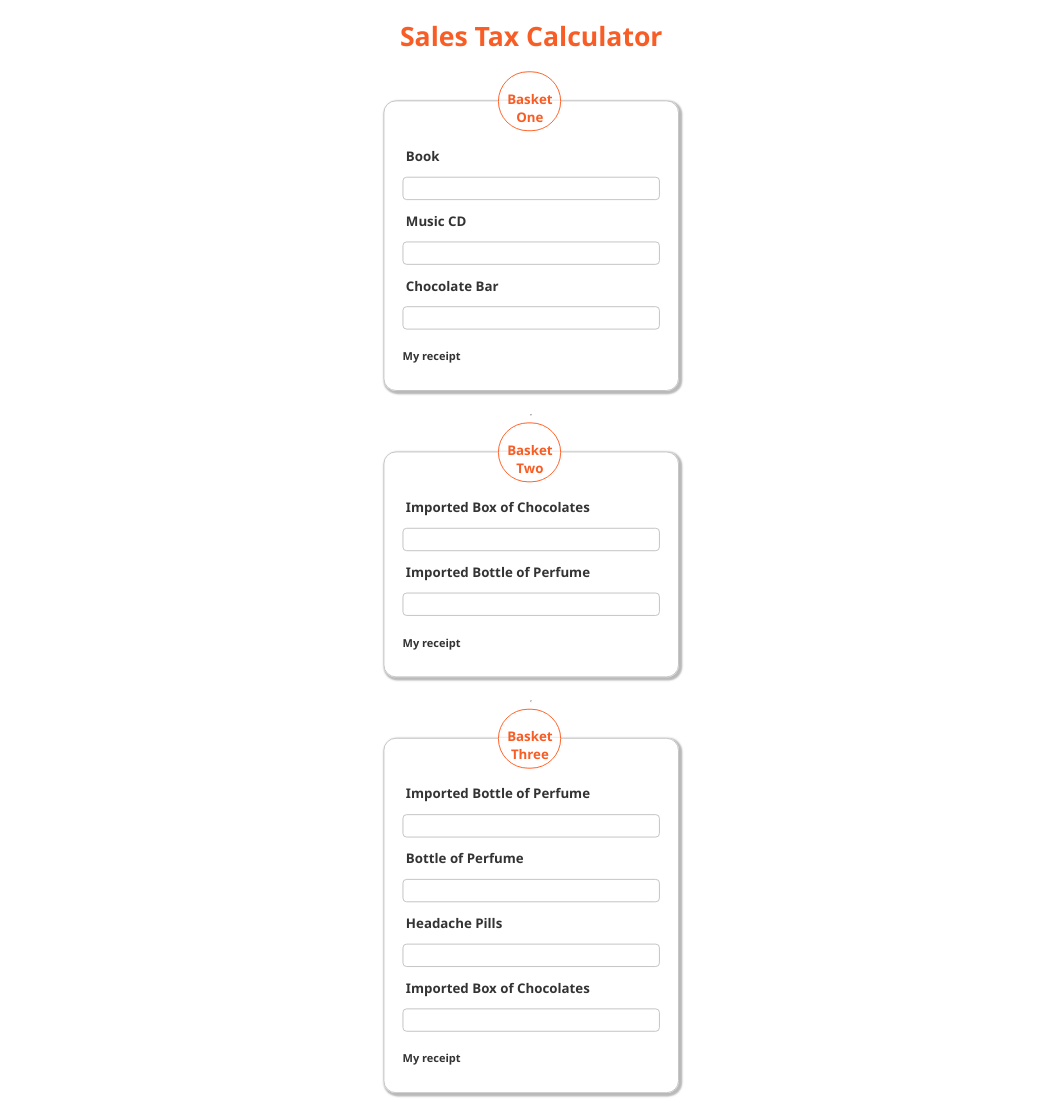
Repository: duzzisantos/sales-tax
Page: index.html
An editor plug-in stored every save of this project. The page is shown before and after the next save, followed by the edit.
The browser window is 1280 px wide. The pictures show the whole page, at 83% of full size.

Above is the page before, as saved 2022-05-25 23:57:22.

After the next save:
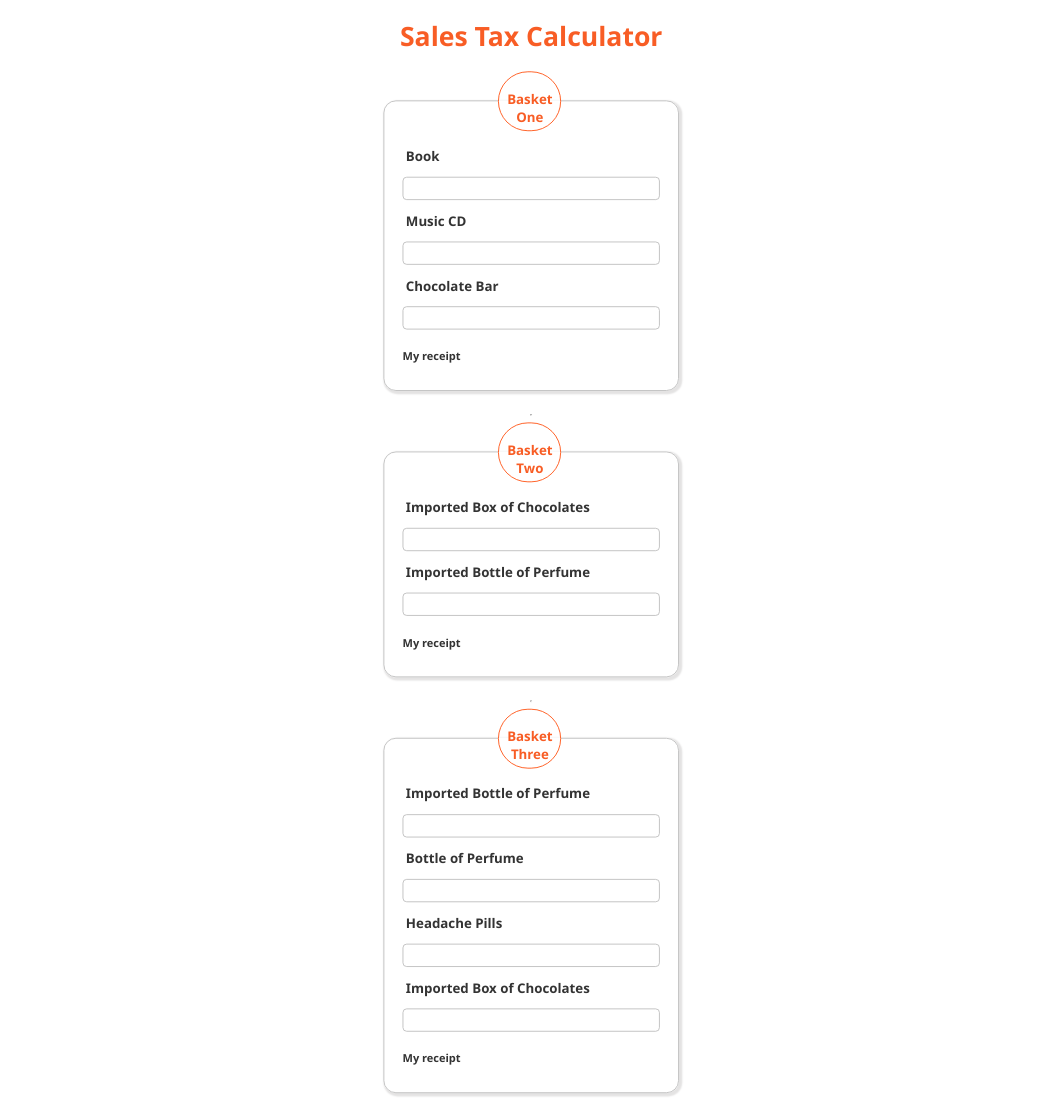
Saved 21 s later.
--- a/style.css
+++ b/style.css
@@ -17,7 +17,7 @@
     border: 1px solid rgb(185, 185, 185);
     border-radius: 15px;
     margin-bottom: 20px;
-    box-shadow: 2px 2px 2px 2px rgb(185, 185, 185);
+    box-shadow: 2px 2px 2px 2px rgb(228, 227, 227);
 }
 
 legend{

After the save that followed:
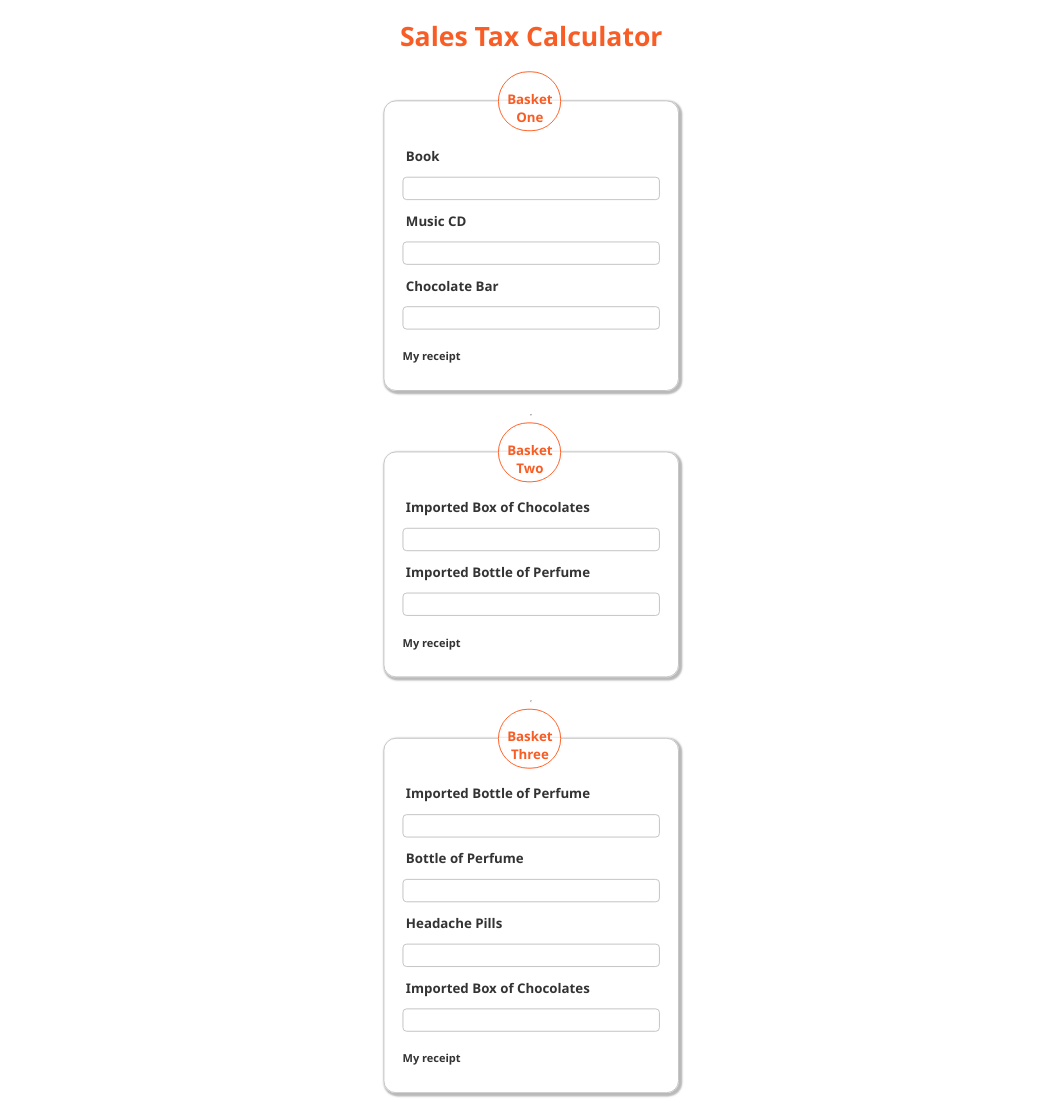
Saved 26 s later.
--- a/style.css
+++ b/style.css
@@ -17,7 +17,7 @@
     border: 1px solid rgb(185, 185, 185);
     border-radius: 15px;
     margin-bottom: 20px;
-    box-shadow: 2px 2px 2px 2px rgb(228, 227, 227);
+    box-shadow: 2px 2px 2px 2px rgb(185,185,185);
 }
 
 legend{
